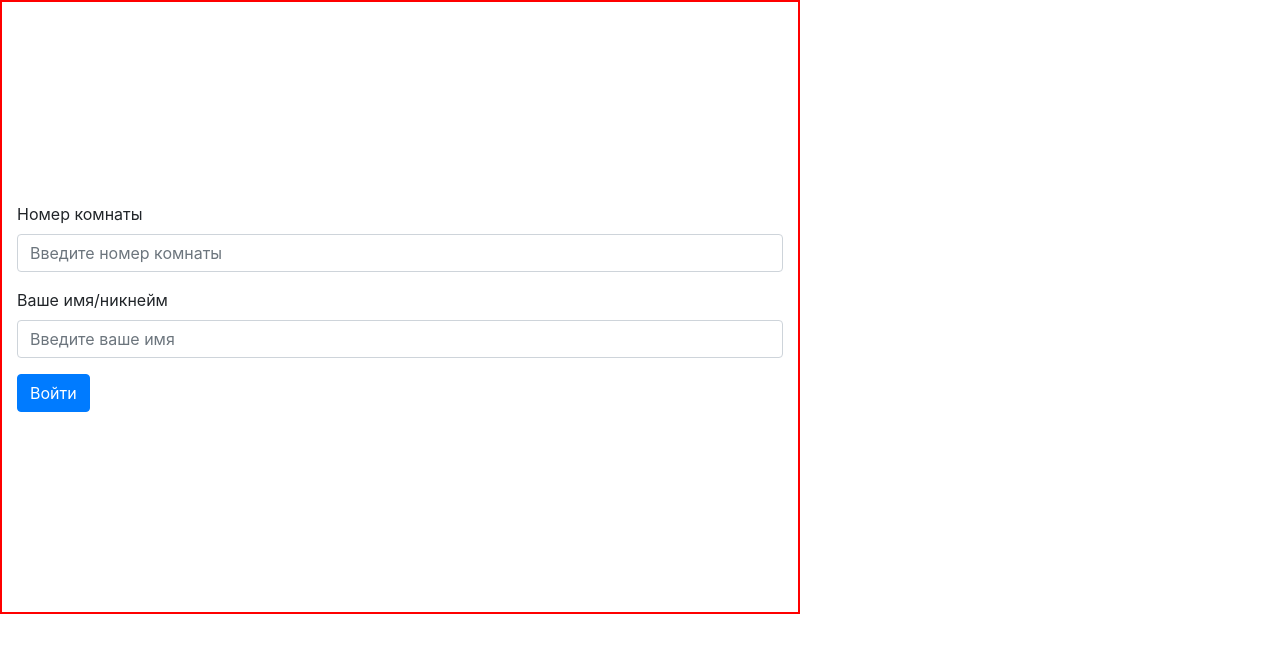
Repository: Hansol46/react-chat
Page: /
The author's editor kept a copy of each file at every save. The page is drawn from the files as they stood at one save, then again after the next save.
The browser window is 1280 px wide. The pictures show the whole page.
The page's requests for data from a server got no answer. The project was rebuilt for these pictures with package versions that can differ from the ones it lists, and the page was loaded fresh each time. No one was signed in, and anything a server would have sent is missing.

Above is the page before, as saved 2020-09-06 22:28:26.

After the next save:
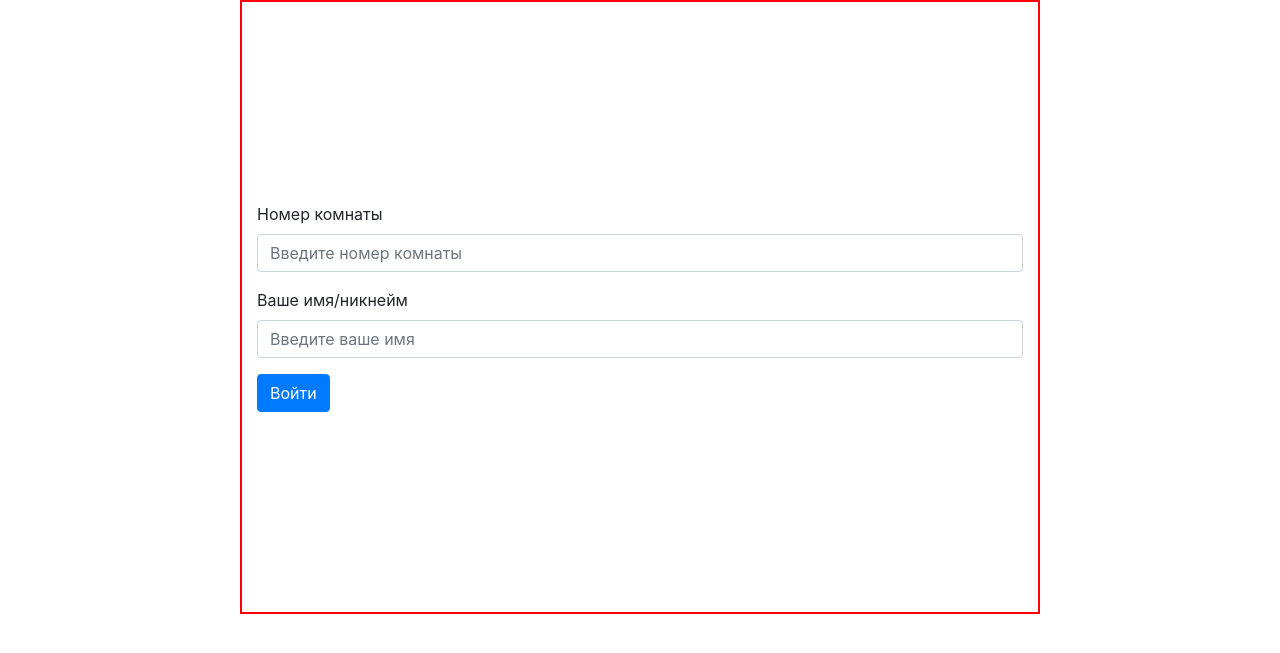
Saved 4 s later.
--- a/src/App.css
+++ b/src/App.css
@@ -1,6 +1,7 @@
 .App {
   border: 2px solid red;
   width: 800px;
+  margin: 0 auto;
   padding-top: 200px;
   padding-bottom: 200px;
 }
